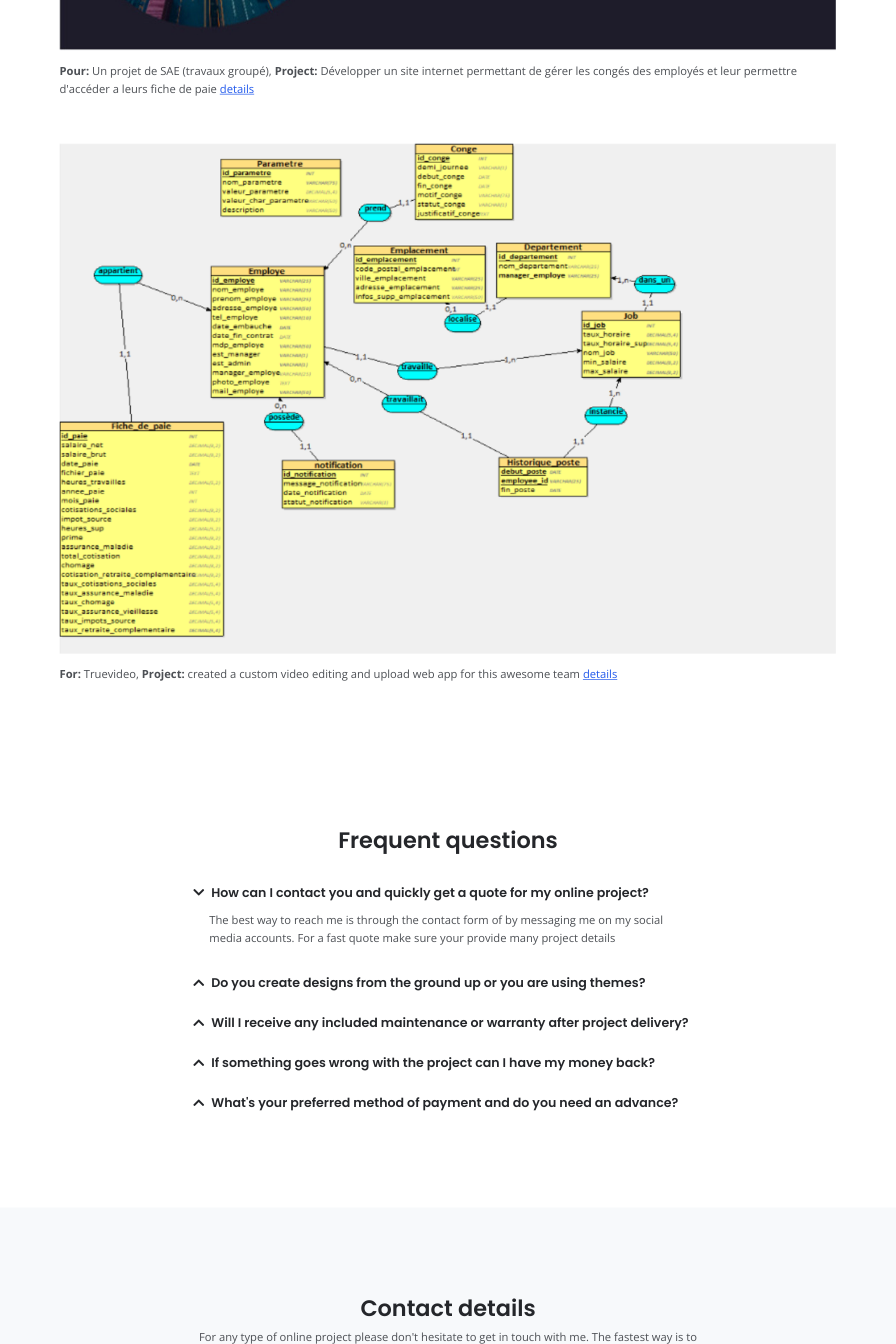
Repository: J2S80000/Portfolio
Page: index.html
These files come from the project's save history. The page is drawn as it stood at one moment and after the next save; the edit follows.
The browser window is 1280 px wide. The pictures show the part of the page from y = 4580 to 6500 px (the page is 7477 px tall), at 70% of full size.

Above is the page before, as saved 2025-05-05 17:38:03.

After the next save:
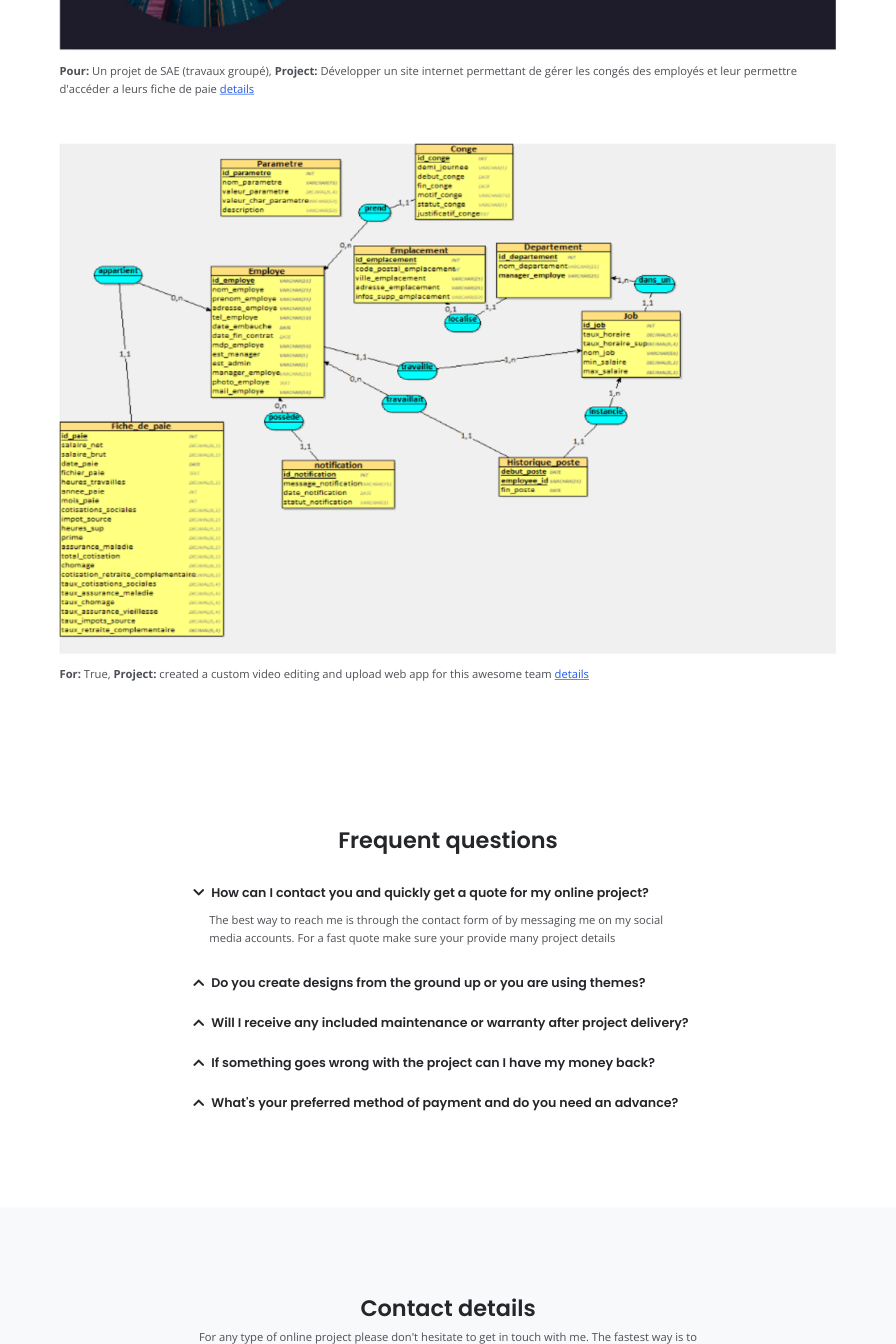
Saved 8 s later.
--- a/index.html
+++ b/index.html
@@ -252,7 +252,7 @@
                                 <img class="img-fluid" src="images/project-3.1.png" alt="alternative">
                             </a>
                         </div> <!-- end of image-container -->
-                        <p><strong>For:</strong> Truevideo, <strong>Project:</strong> created a custom video editing and upload web app for this awesome team <a class="blue" href="project.html">details</a></p>
+                        <p><strong>For:</strong> True, <strong>Project:</strong> created a custom video editing and upload web app for this awesome team <a class="blue" href="project.html">details</a></p>
                     </div> <!-- end of text-container -->
 
                 </div> <!-- end of col -->
